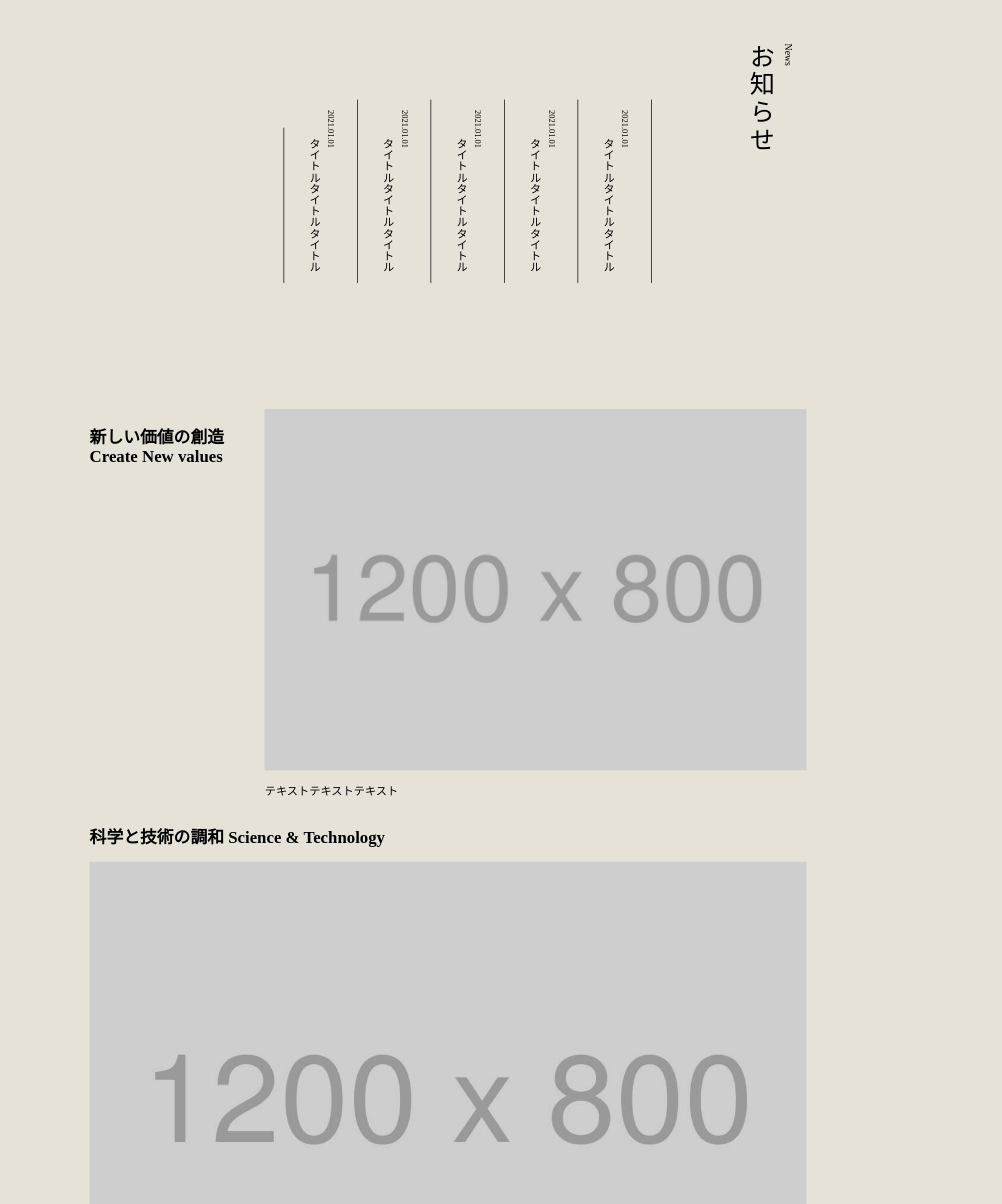
Repository: Fuki-san/wagashi
Page: http://localhost/wagashi
The author's editor kept a copy of each file at every save. The page is drawn from the files as they stood at one save, then again after a run of saves.
The browser window is 1280 px wide. The page is 1432 px wide, so the pictures cover 1432 px, including what lies to the right of the window. The pictures show the part of the page from y = 965 to 2685 px (the page is 3779 px tall), at 70% of full size.
The page is served by the project's Laravel application, run on PHP 8.4 with Laravel 10. Other server files are loaded and not shown.

Above is the page before, as saved 2023-12-09 15:53:42.

### routes/web.php
<?php

use Illuminate\Support\Facades\Route;
use Spatie\FlareClient\View;

/*
|--------------------------------------------------------------------------
| Web Routes
|--------------------------------------------------------------------------
|
| Here is where you can register web routes for your application. These
| routes are loaded by the RouteServiceProvider and all of them will
| be assigned to the "web" middleware group. Make something great!
|
*/

Route::get('/', function () {
    return view('welcome');
});

Route::get('wagashi', function() {
    return View('wagashi');
})->name('wagashi');

### resources/views/wagashi.blade.php
@extends('layouts.main')

@section('title', 'wagashi')

@section('content')
    <header id="header">
        <h1 class="site-title"><a href="#"><img src="img/logo.svg" alt=""></a></h1>
        <nav id="nav">
            <ul>
                <li><a href="#news">お知らせ</a></li>
                <li><a href="#products1">商品のご紹介</a></li>
                <li><a href="#shop">店舗のご案内</a></li>
            </ul>
        </nav>

        <div class="onlinestore">
            <a href="#" target="_blank" rel="noopener noreferrer">オンラインストアで見る</a>
        </div>
    </header>

    <main>
        <section id="news" class="wrapper">
                <h2 class="sec-title">
                    <span class="en">News</span>
                    <span class="ja">お知らせ</span>
                </h2>
                <dl class="list">
                    <dt>2021.01.01</dt>
                    <dd>タイトルタイトルタイトル</dd>
                    <dt>2021.01.01</dt>
                    <dd>タイトルタイトルタイトル</dd>
                    <dt>2021.01.01</dt>
                    <dd>タイトルタイトルタイトル</dd>
                    <dt>2021.01.01</dt>
                    <dd>タイトルタイトルタイトル</dd>
                    <dt>2021.01.01</dt>
                    <dd>タイトルタイトルタイトル</dd>
                </dl>
        </section>

        <section id="products1" class="wrapper products">
                <h2 class="sec-title">
                    <span class="ja">新しい価値の創造</span>
                    <span class="en">Create New values</span>
                </h2>
                <div class="img">
                    <img src="img/products1.jpg" alt="">
                    <p class="text">テキストテキストテキスト</p>
                </div>
        </section>

        <section id="products2" class="wrapper products">
                <h2 class="sec-title">
                    <span class="ja">科学と技術の調和</span>
                    <span class="en">Science & Technology</span>
                </h2>
                <div class="img">
                    <img src="img/products2.jpg" alt="">
                    <p class="text">テキストテキストテキスト</p>
                </div>
        </section>

        <div id="shop">
            <iframe
                src="https://www.google.com/maps/embed?pb=!1m18!1m12!1m3!1d3239.6566078781802!2d139.80812547512744!3d35.710067028390604!2m3!1f0!2f0!3f0!3m2!1i1024!2i768!4f13.1!3m3!1m2!1s0x60188ed0d12f9adf%3A0x7d1d4fb31f43f72a!2z5p2x5Lqs44K544Kr44Kk44OE44Oq44O8!5e0!3m2!1sja!2sjp!4v1702090119178!5m2!1sja!2sjp"
                width="600" height="450" style="border:0;" allowfullscreen="" loading="lazy"
                referrerpolicy="no-referrer-when-downgrade" width="100%"></iframe>
        </div>
    </main>

    <footer id="footer">
        <div class="flex">
            <div class="left">
                <p><a href="#">オンラインストアで見る</a> | <a href="#">お問い合わせ</a></p>
            </div>
            <div class="right">
                <div class="logo"><img src="img/logo.svg" alt=""></div>
                <p class="info">
                    〒06-0032...<br>
                    電話: <a href="tel:03///"></a></p>
                <ul class="menu">
                    <li><a href="#news">お知らせ</a></li>
                    <li><a href="#products1">商品のご紹介</a></li>
                    <li><a href="#shop">店舗のご案内</a></li>
                </ul>
            </div>
        </div>
        <p class="cpright">&copy; SOUSAKU</p>
    </footer>
@endsection

### resources/views/layouts/main.blade.php
<!DOCTYPE html>
<html lang="ja">
<head>
    <meta charset="UTF-8">
    <meta name="viewport" content="width=device-width, initial-scale=1.0">
    <meta http-equiv="X-UA-Compatible" content="ie=edge">
    <link rel="stylesheet" href="{{ asset('css/reset.css') }}">
    <link rel="stylesheet" href="{{ asset('css/style.css') }}">
    <link rel="icon" href="img/favicon.ico">
    <title>@yield('title')</title>
</head>
<body>
    @yield('content')
</body>
</html>

### public/css/style.css
@charset "UTF-8";
html{
    font-size: 100%;
}
body{
    color: #000;
    font-family: 'Noto serif JP', serif;
    background-color: #e6e2d7;
}
img{
    max-width: 100%;
    vertical-align: bottom;
}
a{
    text-decoration: none;
    color: #fff;
}
li{
    list-style: none;
}

.site-title a{
    display: block;
}

.site-title{
    line-height: 1px;
    margin-left: 60px;
}

.site-title img{
    width: 40px;
}
.wrapper{
    width: 100%;
    max-width: 1024px;
    margin: 0 auto;
    padding: 0 20px;
}
/* headerr */

#header{
    height: 100vh;
    width: 100%;
    background-image: url(../img/mainvisual-pc.jpg);
    background-position: top center;
    background-size: cover;
    background-repeat: no-repeat;
    margin-bottom: 180px;
    padding: 60px 80px;

    position: relative;

    writing-mode: vertical-rl;
    -ms-writing-mode: vertical-rl;
    -moz-writing-mode: vertical-rl;
    -webkit-writing-mode: vertical-rl;
}
#header .onlinestore{
    position: absolute;
    bottom: 30px;
    left: 40px;
    background-color: rgba(255, 255, 255, 0.2);
    padding: 8px;
}
.onlinestore a{
    display: block;
    border: 1px solid #ccc;
    padding: 30px 18px;
}
#header a:hover{
    opacity: 0.7;
}
#header #nav li{
    margin-left: 25px;
}

/* newsss */

#news{
    margin-bottom: 180px;
    display: flex;
    flex-direction: row-reverse;
}
#news .sec-title{
    writing-mode: vertical-rl;
    -moz-writing-mode: vertical-rl;
    -webkit-writng-mode: vertical-rl;
    -ms-wrinting-mode: tb-rl;

    font-weight: normal;
    line-height: 1;
    /* margin-left: 50px; */
}
#news .sec-title .en{
    display: block;
    font-size: 0.875rem;
    margin-left: 15px;
}
#news .sec-title .ja{
    display: block;
    font-size: 2.25rem;
    letter-spacing: 0.1em;
}
#news .list{
    writing-mode: vertical-rl;
    -moz-writing-mode: vertical-rl;
    -webkit-writng-mode: vertical-rl;
    -ms-wrinting-mode: tb-rl;
    padding: 80px 100px 0 0;
}
#news .list dt{
    border-right: solid 1px #000;
    font-size: 0.75rem;
    padding: 15px 30px 15px 5px;
}
#news .list dd{
    padding: 15px 0 15px 30px;
}

#news .list dd:last-child{
    border-left: solid 1px #000;
}

/* produ */
#products1{
    display: flex;
}

### public/img/logo.svg
<?xml version="1.0" encoding="utf-8"?>
<!-- Generator: Adobe Illustrator 15.1.0, SVG Export Plug-In . SVG Version: 6.00 Build 0)  -->
<!DOCTYPE svg PUBLIC "-//W3C//DTD SVG 1.1//EN" "http://www.w3.org/Graphics/SVG/1.1/DTD/svg11.dtd">
<svg version="1.1" id="レイヤー_1" xmlns="http://www.w3.org/2000/svg" xmlns:xlink="http://www.w3.org/1999/xlink" x="0px"
	 y="0px" width="57.4775391px" height="131.578125px" viewBox="0 0 57.4775391 131.578125"
	 style="enable-background:new 0 0 57.4775391 131.578125;" xml:space="preserve">
<style type="text/css">
<![CDATA[
	.st0{fill:#FFFFFF;}
]]>
</style>
<g>
	<path class="st0" d="M28.3789063,35.8789063l6.5400391,4.859375c-0.3603516,0.4804688-1.2001953,1.0800781-2.3398438,1.2607422
		v12.0595703c-0.0605469,0.359375-3.4199219,1.5-5.5195313,1.5h-1.0800781v-3.6601563H15.2998047v2.6992188
		c0,0.4208984-1.9199219,1.8007813-5.1601563,1.8007813H9.0595703v-10.5
		c-1.7392578,3.2402344-4.2597656,6.2998047-7.9189453,8.8798828l-0.6005859-0.6005859c5.5205078-8.21875,6-18.4785156,6-26.7587891
		v-9.1191406c-1.9199219,1.3798828-3.9599609,2.5800781-6.0595703,3.6591797L0,21.4199219
		C6.1796875,15.6601563,11.3994141,6.4199219,13.5,0l9.7197266,1.9804688
		c-0.2402344,0.7197266-0.7802734,1.0800781-2.3398438,1.3193359c20.5185547,3.7207031,13.3789063,15.9599609,7.9189453,11.8798828
		c-0.9599609-3.4199219-4.0195313-7.9794922-8.5195313-11.2792969c-2.0400391,3.1796875-4.7392578,6.5390625-7.9794922,9.6591797
		H19.5l2.9990234-3.8398438c0,0,3.4804688,2.6396484,5.5800781,4.5595703
		c-0.1796875,0.6601563-0.7802734,0.9609375-1.6201172,0.9609375H11.7001953l-0.2402344-0.9003906
		c-1.1396484,1.0195313-2.3398438,2.0400391-3.5400391,2.9394531l6,2.2207031h10.9189453l3.0605469-3.3603516L34.4384766,21
		c-0.359375,0.4794922-1.2597656,1.0195313-2.4599609,1.3193359v11.9394531
		c-0.0595703,0.3603516-3.359375,1.5605469-5.4589844,1.5605469h-1.0800781v-1.8007813H12.5400391
		C12.4199219,35.21875,12.2402344,36.4189453,12,37.6787109l4.0800781,1.5595703h9.2988281L28.3789063,35.8789063z
		 M25.4394531,32.3388672v-4.6796875H12.8994141c0,1.4404297-0.0595703,3-0.1796875,4.6796875H25.4394531z M12.8994141,21.1796875
		v4.7998047h12.5400391v-4.7998047H12.8994141z M25.9794922,50.1582031v-9.2392578H15.2998047v9.2392578H25.9794922z
		 M43.2587891,41.7587891c0,0.6601563-2.6396484,1.859375-4.9199219,1.859375h-1.1396484V5.2197266L45.2988281,6
		c-0.1201172,0.7802734-0.6005859,1.3203125-2.0400391,1.5605469V41.7587891z M56.7578125,2.1005859
		C56.578125,3,55.9785156,3.6005859,54.5380859,3.7802734v44.8183594c0,4.6796875-0.9599609,7.3193359-8.4599609,8.0390625
		c-0.1796875-2.0996094-0.4794922-3.6591797-1.3798828-4.7392578c-0.9599609-1.0205078-2.2197266-1.7998047-5.0996094-2.2197266
		v-0.8408203c0,0,5.9394531,0.3603516,7.2001953,0.3603516c0.9599609,0,1.2597656-0.2998047,1.2597656-1.0800781V1.2001953
		L56.7578125,2.1005859z"/>
	<path class="st0" d="M17.4599609,94.0800781c-0.1806641,0.5390625-0.7207031,0.9589844-1.8603516,1.1992188v34.2587891
		c-0.1201172,0.5400391-3,2.0400391-5.7597656,2.0400391H8.5195313v-31.3789063
		c-2.3994141,2.7597656-4.9794922,5.1601563-7.7392578,7.2001953l-0.7197266-0.5400391
		c5.3398438-7.5,10.9189453-19.6796875,13.9189453-31.6787109l9.5400391,3.1796875
		c-0.2998047,0.7802734-1.0800781,1.2597656-2.4003906,1.2001953c-2.0400391,4.859375-4.3798828,9.2988281-6.9589844,13.3193359
		L17.4599609,94.0800781z M39.9589844,89.7597656v11.0996094h4.7998047l3.6591797-4.7998047
		c0,0,4.140625,3.2998047,6.7197266,5.5800781c-0.1796875,0.6591797-0.8398438,0.9599609-1.6796875,0.9599609H39.9589844v11.3388672
		h5.1591797l4.0205078-5.2197266c0,0,4.4394531,3.5400391,7.1992188,5.9404297
		c-0.1796875,0.6591797-0.8398438,0.9599609-1.7402344,0.9599609H39.9589844v14.0390625
		c0,0.4199219-2.2207031,1.859375-5.9404297,1.859375h-1.3193359V89.7597656h-1.4404297
		c-3.8994141,5.8798828-8.3994141,10.6796875-13.4394531,14.2792969l-0.6601563-0.4794922
		c4.6201172-6.7802734,9.6601563-17.6992188,12.3603516-28.3193359l9.6591797,3.4199219
		c-0.2998047,0.7802734-1.0800781,1.2597656-2.4599609,1.1396484c-1.3798828,2.9404297-2.8203125,5.7597656-4.4394531,8.3398438
		h14.0996094l3.9589844-5.1591797c0,0,4.4404297,3.4794922,7.1396484,5.8193359
		c-0.1796875,0.6601563-0.8398438,0.9599609-1.6796875,0.9599609H39.9589844z"/>
</g>
</svg>

After the next 2 saves:
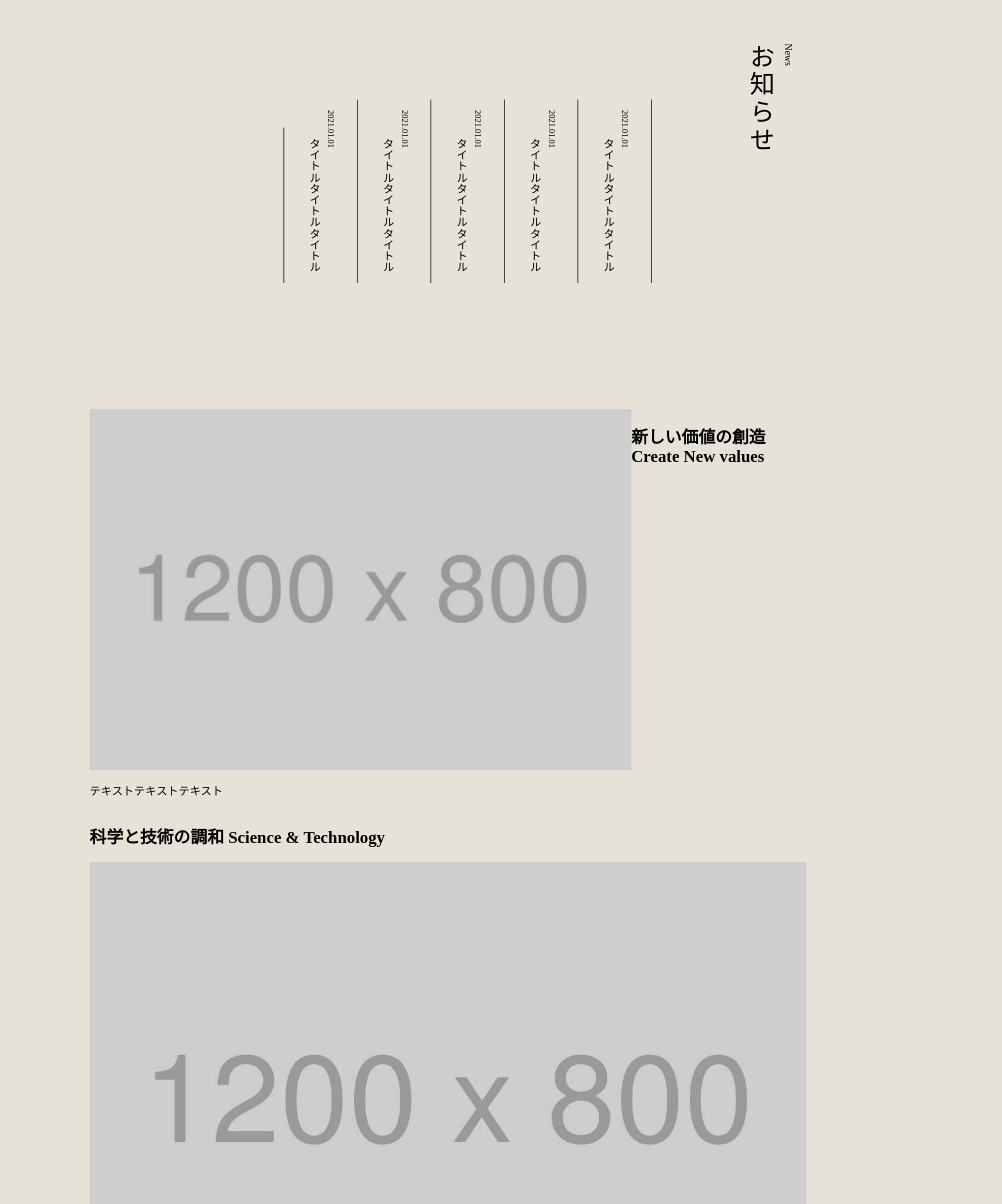
The 2 saves are shown as one change because they came seconds apart.
The last was saved 12 s later.
--- a/public/css/style.css
+++ b/public/css/style.css
@@ -125,4 +125,5 @@ li{
 /* produ */
 #products1{
     display: flex;
+    flex-direction: row-reverse;
 }
